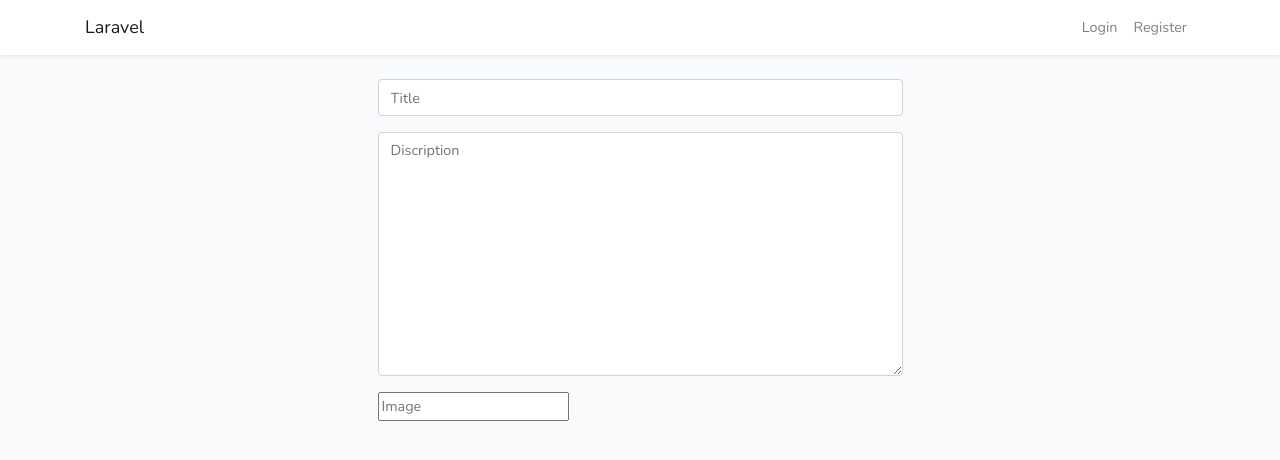
Repository: mohamedelbadawi/Simple-galley-using-laravel
Page: http://localhost/admin/albums/create
The author's editor kept a copy of each file at every save. The page is drawn from the files as they stood at one save, then again after the next save.
The browser window is 1280 px wide. The pictures show the whole page.
The page is served by the project's Laravel application, run on PHP 8.4 with Laravel 8. Other server files are loaded and not shown.

Above is the page before, as saved 2021-08-31 09:47:37.

### Gallery/routes/web.php
<?php

use App\Http\Controllers\AlbumsController;
use Illuminate\Support\Facades\Auth;
use Illuminate\Support\Facades\Route;

/*
|--------------------------------------------------------------------------
| Web Routes
|--------------------------------------------------------------------------
|
| Here is where you can register web routes for your application. These
| routes are loaded by the RouteServiceProvider within a group which
| contains the "web" middleware group. Now create something great!
|
 */

Route::get('/', function () {
    return view('gallery/index');
});

Route::get('/home', function () {
    return view('gallery/index');
});

Route::get('/index', function () {
    return view('gallery/index');
})->name('index');

Route::get('/gallery', function () {
    return view('gallery/gallery');
})->name('gallery');

Route::get('/about', function () {
    return view('gallery/about');
})->name('about');

Route::get('/contact', function () {
    return view('gallery/contact');
})->name('contact');
Route::get('/blog', function () {
    return view('gallery/blog');
})->name('blog');

Route::prefix('admin')->group(function () {
    Auth::routes();
    Route::get('/dashboard', function () {
        return view('admin/dashboard');
    });
    Route::get('/albums/create',[AlbumsController::class,'create']);


});
Route::get('/admin', function () {
    return view('admin.Dashboard');
})->middleware('auth');

### Gallery/app/Http/Controllers/AlbumsController.php
<?php

namespace App\Http\Controllers;

class AlbumsController extends Controller
{
    public function index()
    {

    }

    public function create()
    {

        return view('admin.albums.create');
    }

}

### Gallery/resources/views/admin/albums/create.blade.php
@extends('layouts.app')
@section('content')
    <div class="container d-flex justify-content-center" >

        <form action="" class="col-md-6">
            <div class="form-group">
                <input type="text" class="form-control" name="title" placeholder="Title">
            </div>
            <div class="form-group">
                <textarea name="discription" id="" cols="30" class="form-control" rows="10" placeholder="Discription"></textarea>
            </div>
            <div class="form-group">
            <input type="Img" placeholder="Image">
            </div>

        </form>
    </div>


@endsection

Loaded but not shown: Gallery/app/Http/Controllers/Auth/ConfirmPasswordController.php (common file); Gallery/app/Http/Controllers/Controller.php (common file); Gallery/resources/views/layouts/app.blade.php (common file); Gallery/public/css/app.css (library)

After the next save:
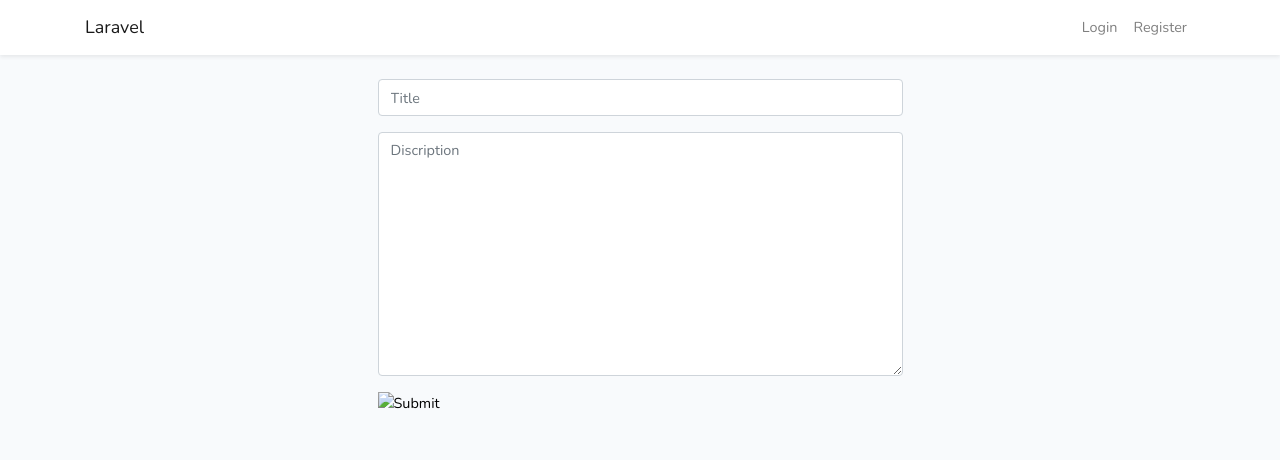
Saved 16 s later.
--- a/Gallery/resources/views/admin/albums/create.blade.php
+++ b/Gallery/resources/views/admin/albums/create.blade.php
@@ -10,7 +10,7 @@
                 <textarea name="discription" id="" cols="30" class="form-control" rows="10" placeholder="Discription"></textarea>
             </div>
             <div class="form-group">
-            <input type="Img" placeholder="Image">
+            <input type="image" placeholder="Image">
             </div>
 
         </form>
